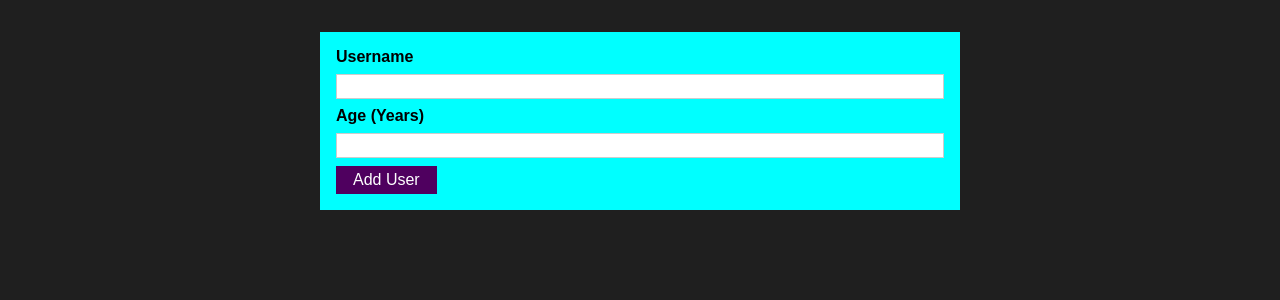
Repository: otvertka/MSC_4
Page: /
These files come from the project's save history. The page is drawn as it stood at one moment and after the next save; the edit follows.
The browser window is 1280 px wide. The pictures show the whole page.
The project was rebuilt for these pictures with package versions that can differ from the ones it lists, and the page was loaded fresh each time. Also part of the build but not shown: src/components/Card/Card.modules.css.

Above is the page before, as saved 2023-07-05 17:02:52.

### src/App.js
import React from "react";
import AddUser from "./components/AddUser/AddUser";

function App() {
  return (
    <div>
      <AddUser />
    </div>
  );
}

export default App;

### src/components/AddUser/AddUser.js
import React from "react";
import classes from "./AddUser.module.css";
import Button from "../Button/Button";
import Card from "../Card/Card";

const AddUser = (props) => {
  const addUserHandler = (event) => {
    event.preventDefault();
  };

  return (
    <Card className={classes.input}>
      <form onSubmit={addUserHandler}>
        <label htmlFor="username">Username</label>
        <input id="username" type="text" />
        <label htmlFor="age">Age (Years)</label>
        <input id="age" type="number" />

        <Button type="submit">Add User</Button>
      </form>
    </Card>
  );
};

export default AddUser;

### src/components/AddUser/AddUser.module.css
.input {
  margin: 2rem auto;
  padding: 1rem;
  width: 90%;
  max-width: 40rem;
  background-color: aqua;
}

.input label {
  display: block;
  font-weight: bold;
  margin-bottom: 0.5rem;
}

.input input {
  font: inherit;
  display: block;
  width: 100%;
  border: 1px solid #ccc;
  padding: 0.15rem;
  margin-bottom: 0.5rem;
}

.input input:focus {
  outline: none;
  border-color: #4f005f;
}

### src/components/Button/Button.js
import React from "react";
import classes from "./Button.module.css";
const Button = (props) => {
  return (
    <button
      type={props.type || "button"}
      className={classes.button}
      onClick={props.onClick}
    >
      {props.children}
    </button>
  );
};

export default Button;

### src/components/Card/Card.js
import React from "react";
import classes from "./Card.modules.css";

const Card = (props) => {
  return (
    <div className={`${classes.card} ${props.className}`}>{props.children}</div>
  ); // обернёт содержимое между своими тегами
};

export default Card;

Loaded but not shown: public/index.html (common file); src/index.js (common file); src/index.css (common file); src/components/Button/Button.module.css (common file)

After the next save:
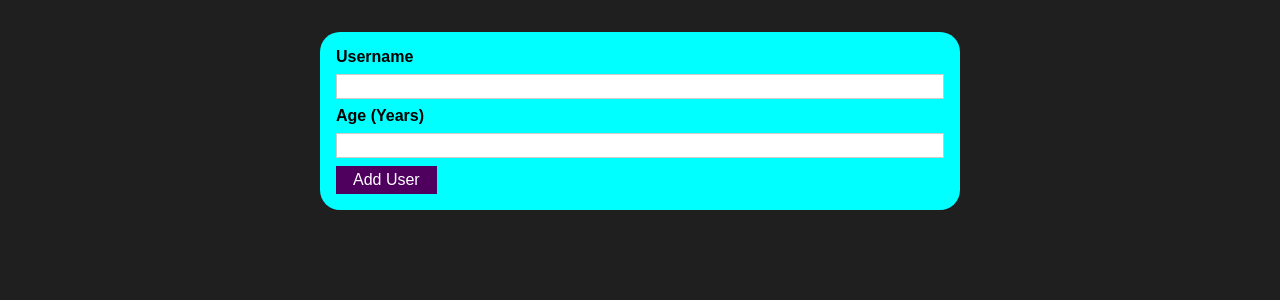
Saved 15 s later.
--- a/src/components/AddUser/AddUser.module.css
+++ b/src/components/AddUser/AddUser.module.css
@@ -4,6 +4,7 @@
   width: 90%;
   max-width: 40rem;
   background-color: aqua;
+  border-radius: 20px;
 }
 
 .input label {
